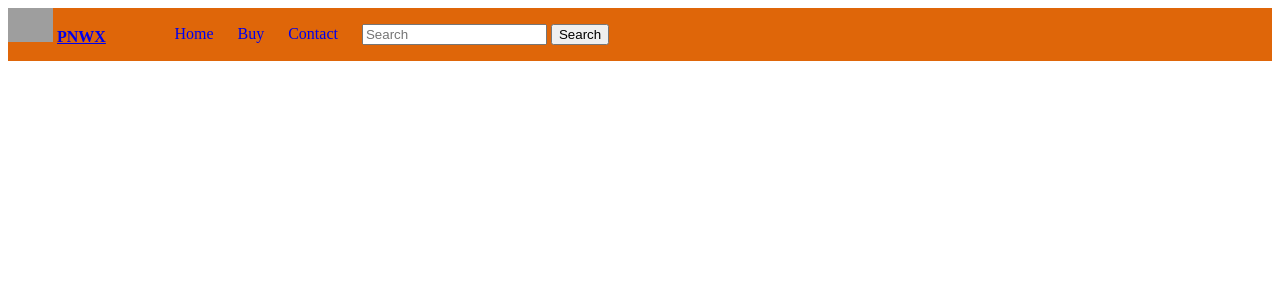
Repository: meiming24/meiming24.github.io
Page: index.html
These files come from the project's save history. The page is drawn as it stood at one moment and after the next save; the edit follows.
The browser window is 1280 px wide. The pictures show the whole page.
Pictures or frames that could not be fetched are drawn as grey boxes.

Above is the page before, as saved 2022-05-09 17:42:31.

After the next save:
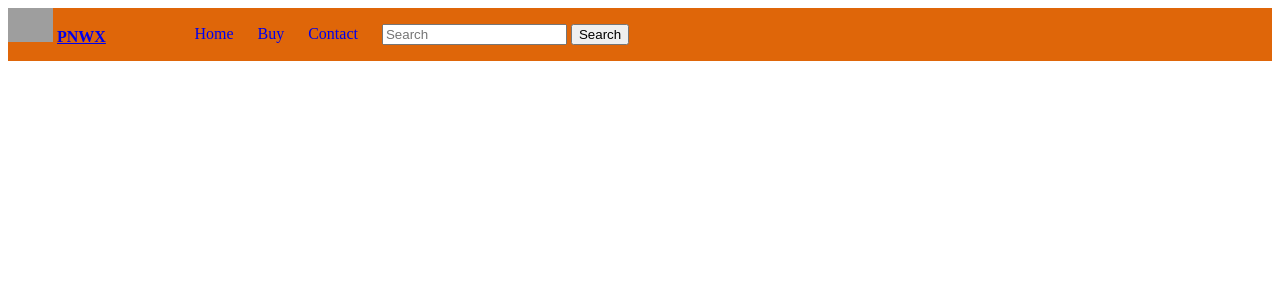
Saved 35 s later.
--- a/index.css
+++ b/index.css
@@ -37,7 +37,7 @@
 
 .nav-bar > nav ul li{
     display: inline-block;
-    margin-right: 20px;
+    margin-left: 20px;
 }
 
 .nav-bar > nav ul li a{

After the save that followed:
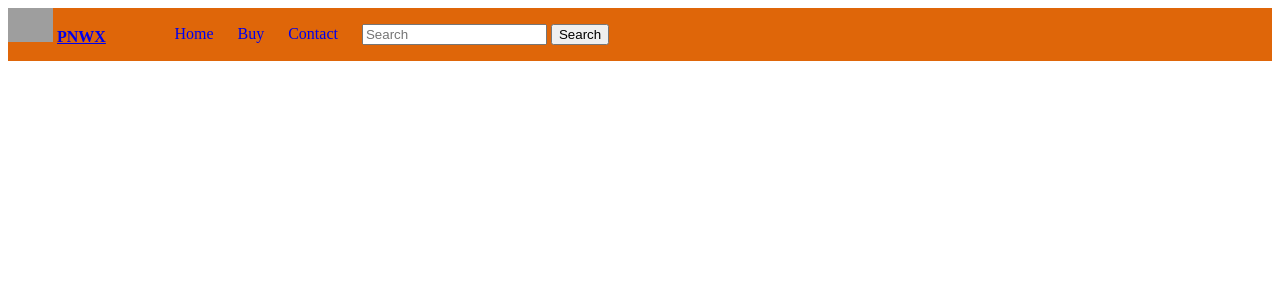
Saved 7 s later.
--- a/index.css
+++ b/index.css
@@ -37,7 +37,7 @@
 
 .nav-bar > nav ul li{
     display: inline-block;
-    margin-left: 20px;
+    margin-right: 20px;
 }
 
 .nav-bar > nav ul li a{
